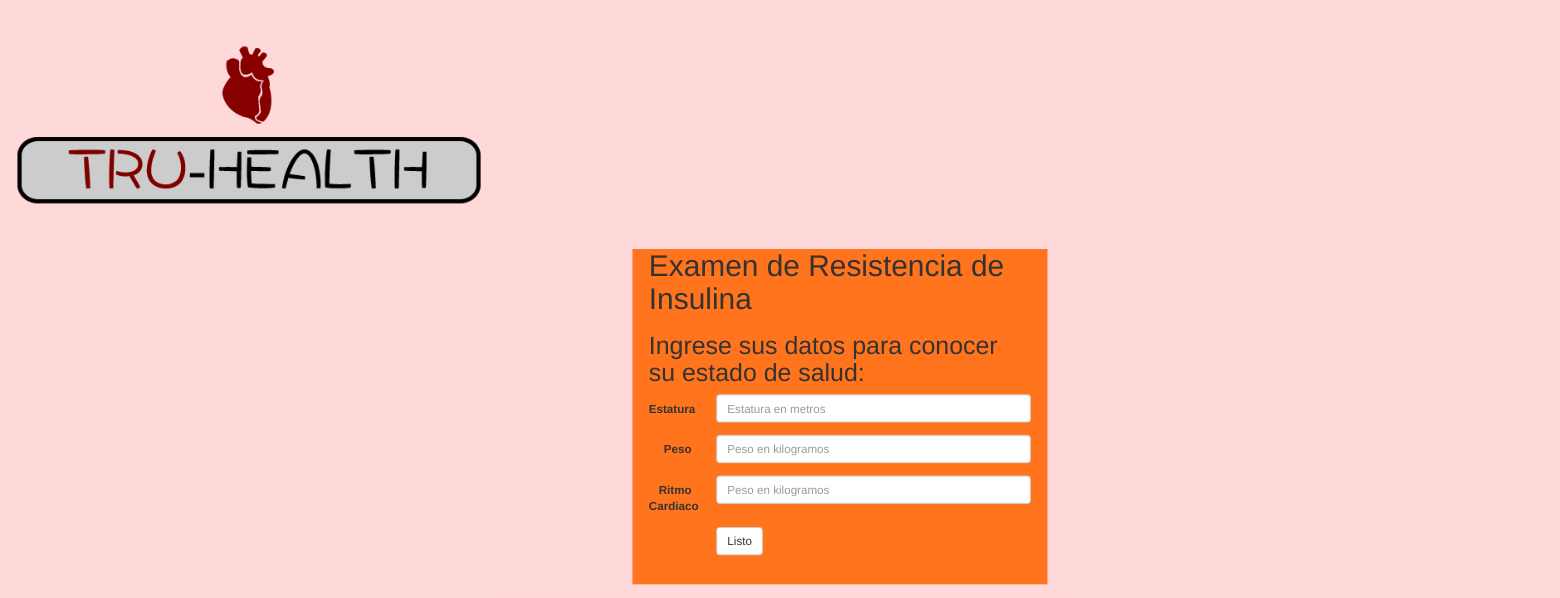
Repository: GabrielAvilesR/GabrielAvilesR.github.io
Page: Tru-Health/Tru-Health/index.html
These files come from the project's save history. The page is drawn as it stood at one moment and after the next save; the edit follows.
The browser window is 1280 px wide. The page is 1280 px wide, then 1880 px, so the pictures cover 1880 px, including what lies to the right of the window. The pictures show the whole page, at 83% of full size.
Some web fonts or font styles are not loaded; a fallback is used. Some web libraries are served in a nearby version.

Above is the page before, as saved 2014-04-05 20:46:55.

After the next save:
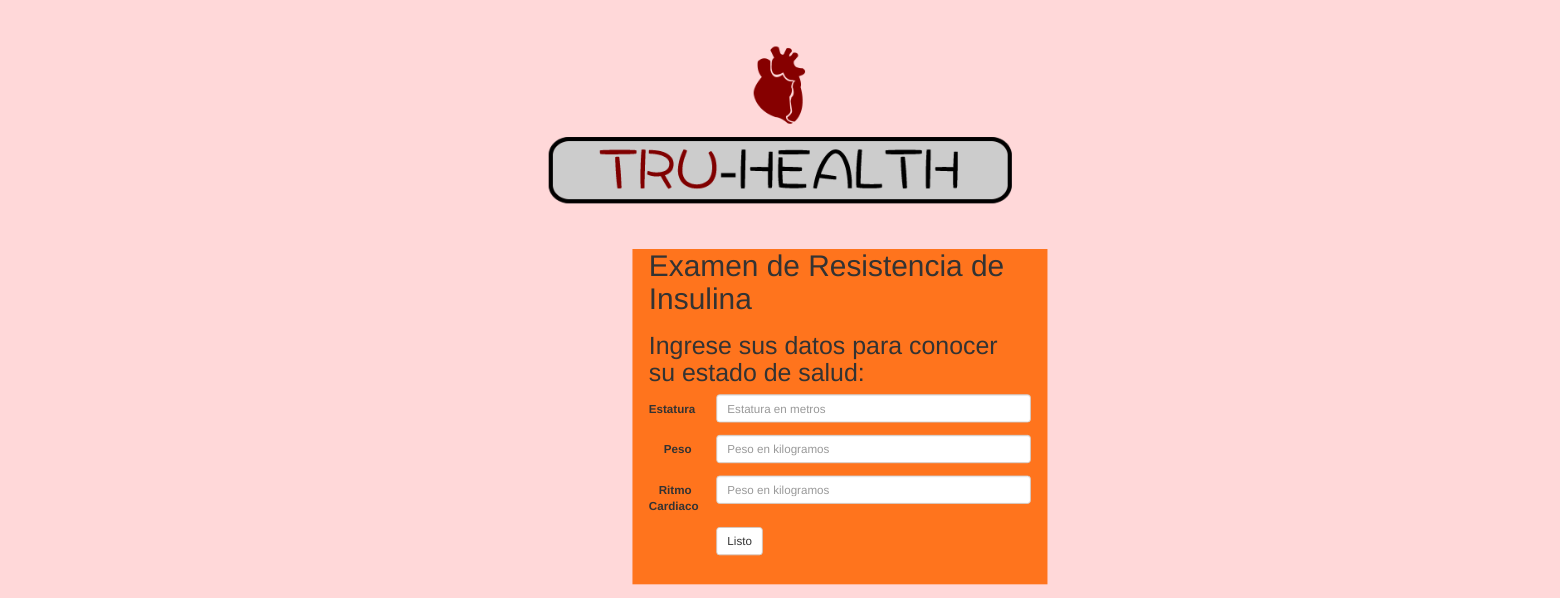
Saved 10 s later.
--- a/Tru-Health/Tru-Health/css/micss.css
+++ b/Tru-Health/Tru-Health/css/micss.css
@@ -12,7 +12,7 @@
 	position:relative;
 	top:50px;
 	/*right:70px;*/
-	margin: 0px auto;
+	margin: 0px 50%;
 	margin-bottom:80px;
 	/*border: 5px black solid;
 	border-radius:15px;*/
